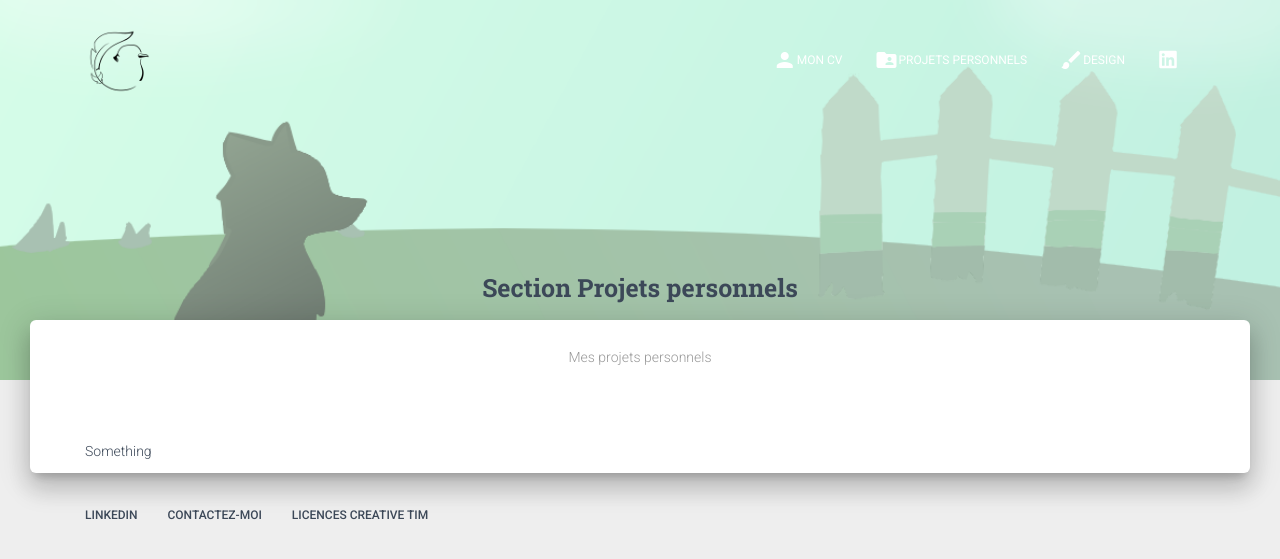
Repository: sdeschaepmeester/NewPortfolio
Page: /#/projects
An editor plug-in stored every save of this project. The page is shown before and after the next save, followed by the edit.
The browser window is 1280 px wide. The pictures show the whole page.
Some web libraries are served in a nearby version. The project was rebuilt for these pictures with package versions that can differ from the ones it lists, and the page was loaded fresh each time. Also part of the build but not shown: vue.config.js, src/views/components/APropos.vue, src/views/components/NavigationSection.vue, src/views/components/SmallNavigationSection.vue, src/components/Dropdown.vue, src/components/Pagination.vue, src/components/Slider.vue, src/components/Badge.vue and 15 more.

Above is the page before, as saved 2022-07-10 18:10:18.

After the next save:
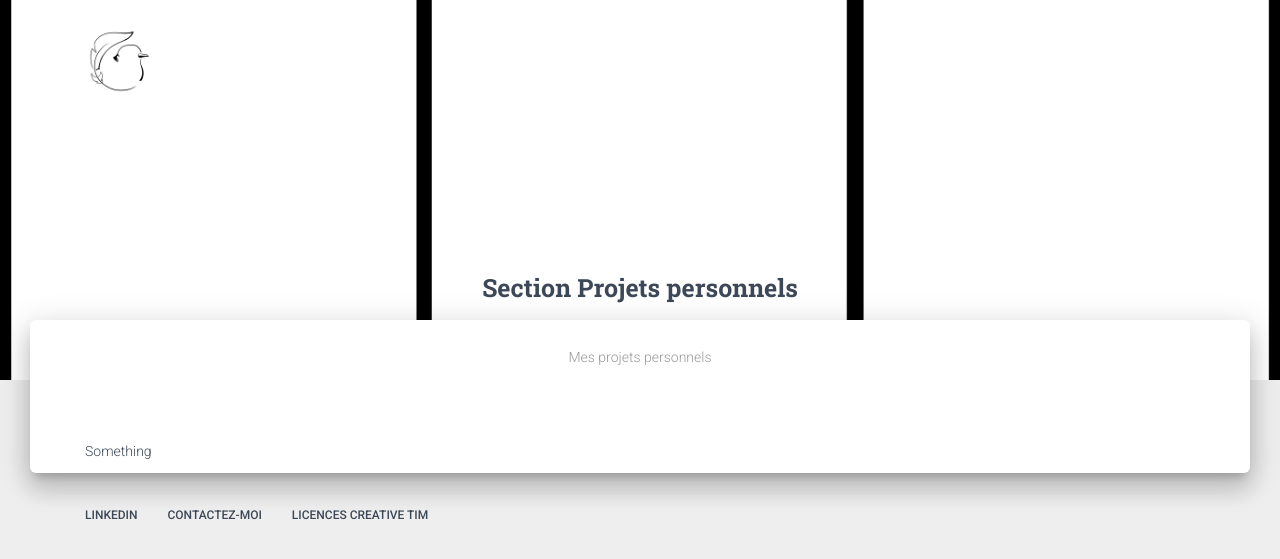
Saved 47 min 17 s later.
--- a/src/views/Projects.vue
+++ b/src/views/Projects.vue
@@ -45,7 +45,7 @@ export default {
   props: {
     header: {
       type: String,
-      default: require("@/assets/img/meadow.png")
+      default: require("@/assets/img/test.png")
     },
     img: {
       type: String,
